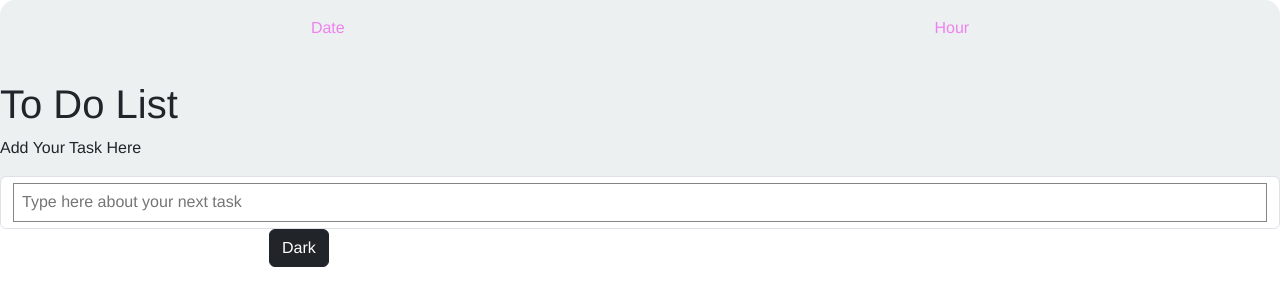
Repository: Passionblaz/TODO
Page: TODO/Untitled-1.html
An editor plug-in stored every save of this project. The page is shown before and after the next save, followed by the edit.
The browser window is 1280 px wide. The pictures show the whole page.

Above is the page before, as saved 2023-07-14 11:49:23.

### TODO/Untitled-1.html
<!DOCTYPE html>
<html lang="en">
<head>
  <meta charset="UTF-8">
  <meta name="viewport" content="width=device-width, initial-scale=1.0">
  <title>Document</title>
  <link href="https://cdn.jsdelivr.net/npm/bootstrap@5.3.0/dist/css/bootstrap.min.css" rel="stylesheet" integrity="sha384-9ndCyUaIbzAi2FUVXJi0CjmCapSmO7SnpJef0486qhLnuZ2cdeRhO02iuK6FUUVM" crossorigin="anonymous">
  <!-- Bootstrap Bundle JS (jsDelivr CDN) -->
  <script defer src="https://cdn.jsdelivr.net/npm/bootstrap@5.3.0/dist/js/bootstrap.bundle.min.js" integrity="sha384-geWF76RCwLtnZ8qwWowPQNguL3RmwHVBC9FhGdlKrxdiJJigb/j/68SIy3Te4Bkz" crossorigin="anonymous"></script>
  <link rel="stylesheet" href="todostyles.css">
</head>
<body>
<div class="todo-container">
  <div class="date-hour">
    <p class="date">Date</p>
    <p class="hour">Hour</p>
  </div>
<header>
  <h1>To Do List</h1>
</header>

<form action="" id="todo-form">
  <p>Add Your Task Here</p>
<div class="form-control">
<input type="text" id="todo-input" placeholder="Type here about your next task">

</div>

</form>



</div>



  <div class="button">
     <button type="button" class="btn btn-dark">Dark</button>
    </div>


    </body>
</html>

### TODO/todostyles.css
*{
  padding: 0;
  margin: 0;
  box-sizing: border-box;
}
body{
  font-family: 'Franklin Gothic Medium', 'Arial Narrow', Arial, sans-serif;
  background: rgb(red, green, blue);

}
.form-control {
  display: flex;
}
.form-control input {
  flex: 1;
  outline: 0;
box-shadow: none;
border: 1px solid #858585;
}
.form-control button:hover {
  background-color: green;
}
.date-hour {
  display: flex;
  justify-content: space-around;
  align-items:center;
  padding: 1rem 1rem 1.5rem 1rem;
  font-size: 16px;
  color: violet;
}
button {
  background-color: darkorange;
  color: blue;
  border: 2px solid red;
  padding: 0.2rem 0.4rem;
  font-size: .8rem;
  cursor: pointer;
  justify-content: center;
  align-items: center;
  transition: .4s;
  border: 1px solid orange;
}
button:hover {
  background-color: orangered;
  color: white;
}
button > i {
  font-weight: bold;
  pointer-events: none;
}
input {
  padding: .4rem .5rem;
}
.hide {
  display: none;
}
.todo-container {
  background-color: #ecf0f1;
  border-radius: 15px;
  width: ;
}




.button {
  padding-left: 269px;

}

After the next save:
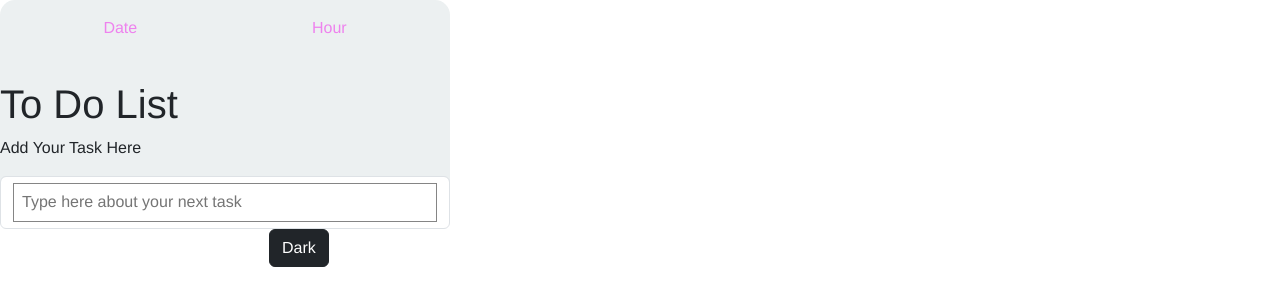
Saved 4 s later.
--- a/TODO/todostyles.css
+++ b/TODO/todostyles.css
@@ -57,7 +57,7 @@ input {
 .todo-container {
   background-color: #ecf0f1;
   border-radius: 15px;
-  width: ;
+  width: 450px;
 }
 
 
